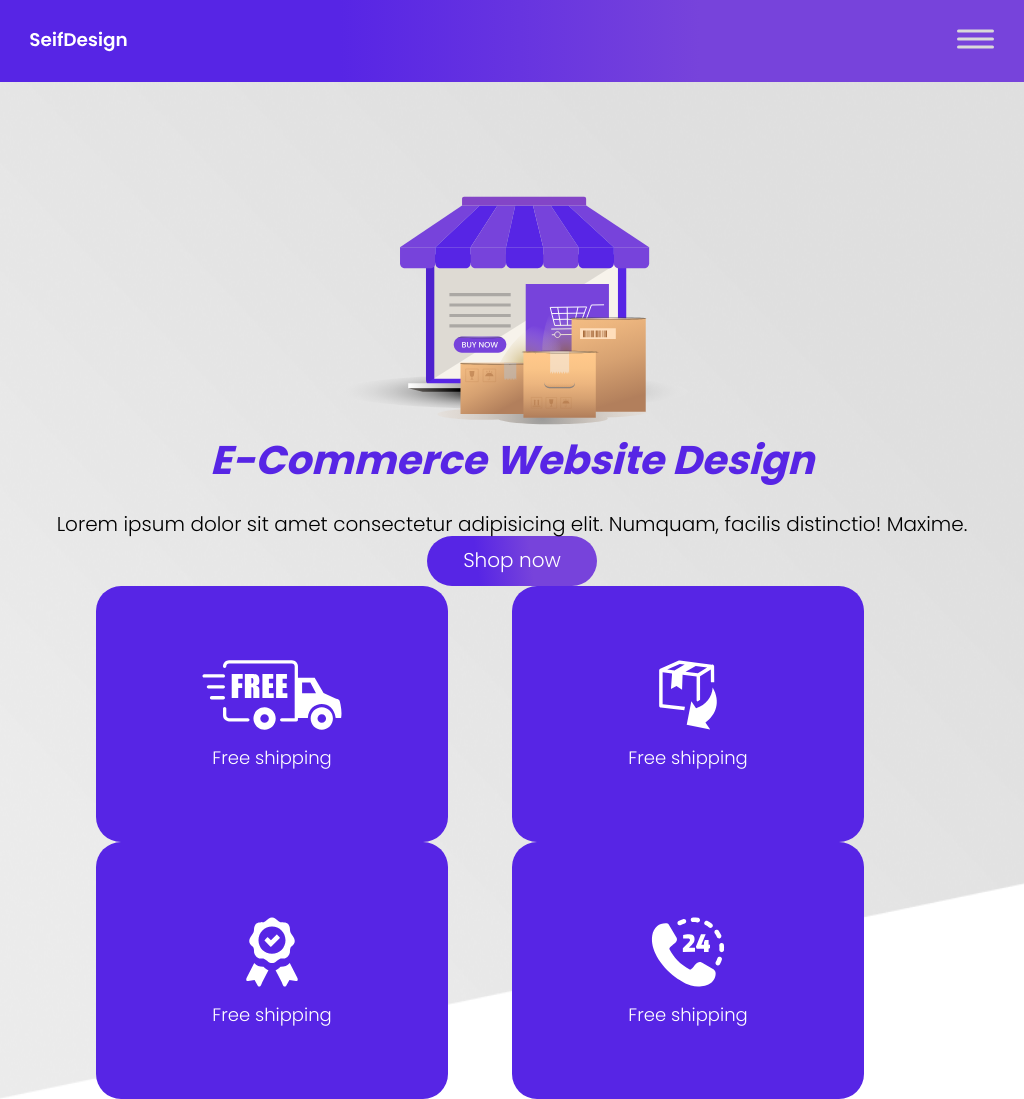
Repository: simralgasimov/newpage
Page: index.html
The author's editor kept a copy of each file at every save. The page is drawn from the files as they stood at one save, then again after a run of saves.
The browser window is 1024 px wide. The pictures show the whole page.
The style sheet was rebuilt from its Sass, Less or Tailwind sources for each picture, by a compiler version that may differ from the author's.

Above is the page before, as saved 2023-12-13 15:17:31.
Not found: index.js

### index.html
<!DOCTYPE html>
<html lang="en">
  <head>
    <meta charset="UTF-8" />
    <meta name="viewport" content="width=device-width, initial-scale=1.0" />
    <title>Document</title>
    <link rel="stylesheet" href="./reset.css" />
    <link rel="stylesheet" href="./index.css" />
  </head>
  <body>
    <div class="container">
      <nav>
        <!-- <div class="logo"> -->
          <img class="logo-img" src=".//image/SeifDesign.svg" alt="" />
        <!-- </div> -->
        <ul>
          <li><a href="#">Product</a></li>
          <li><a href="#">Pricing</a></li>
          <li><a href="#">Contact</a></li>
        </ul>
        <div class="burgerMenu">
          <img src="./image/Frame 1.svg" alt="" />
        </div>
      </nav>
      <div class="box-container">
        <div class="box-1">
          <div class="text-container">
            <h1>E-Commerce Website Design</h1>
            <p>
              Lorem ipsum dolor sit amet consectetur adipisicing elit. Numquam,
              facilis distinctio! Maxime.
            </p>
            <button><a href="#">Shop now</a></button>
          </div>

            <img class="house-img" src=".//image/Group (1).svg" alt="" />

        </div>

          <ul>
            <li>
              <img src="./image/Group (2).svg" alt="" />
              <p>Free shipping</p>
            </li>

            <li>
              <img src="./image/Vector (1).svg" alt="" />
              <p>Free shipping</p>
            </li>
            <li>
              <img src="./image/Group (3).svg" alt="" />
              <p>Free shipping</p>
            </li>
            <li>
              <img src="./image/Vector (2).svg" alt="" />
              <p>Free shipping</p>
            </li>
          </ul>
        </div>

    </div>

  </body>
  <script src="./index.js"></script>
</html>

### index.scss
@import url("https://fonts.googleapis.com/css2?family=Poppins:wght@300;700&display=swap");
* {
  margin: 0;
  padding: 0;
  box-sizing: border-box;
}
.container {
  background-image: url("./image/Rectangle\ 3.png");
  background-repeat: no-repeat;
  background-size: 100% 100%;
  min-height: 100vh;
  width: 100%;
  nav {
    display: flex;
    align-items: center;
    background: linear-gradient(270deg, #7743db 31.64%, #5725e5 66.78%);
    padding: 20px 30px;
    @media screen and (max-width: 1024px) {
      justify-content: space-between;
    }
    .burgerMenu {
      display: none;
      @media screen and (max-width: 1024px) {
        display: block;
      }
    }
    .logo-img {
      width: 139px;
      height: 39px;
      @media screen and (max-width: 1024px) {
        width: 97px;
        height: 27px;
      }
    }

    ul {
        display: flex;
        /* margin-left: 200px; */
      @media screen and (max-width: 1024px) {
        display: none;
      }


      li {
        margin-left: 73px;
        list-style-type: none;
        a {
          text-decoration: none;
          width: 98px;
          height: 30px;
          color: #fff;
          text-align: center;
          font-family: Poppins;
          font-size: 24px;
          font-style: normal;
          font-weight: 300;
          line-height: normal;
        }
      }
    }
  }
}
.box-container {
  .box-1 {
    padding: 98px 164px 43px 83px;
    display: flex;
    justify-content: center;
    @media screen and (max-width: 1024px) {
padding: 0 10px;
padding-top: 100px;
flex-direction: column-reverse;
align-items: center;   }
    .text-container {
      h1 {
        margin-bottom: 32px;
        width: 608px;
        font-family: Poppins;
        font-size: 68px;
        font-style: italic;
        font-weight: 700;
        line-height: 109%; /* 74.12px */
        color: #5725e5;
        @media screen and (max-width: 1024px) {
        font-size: 40px;
        width: 100%;
        text-align: center;
        }

      }
      p {
        width: 608px;
        color: #000;
        font-family: Poppins;
        font-size: 26px;
        font-style: normal;
        font-weight: 300;
        line-height: 109%;
        @media screen and (max-width: 1024px) {
        font-size: 20px;
        width: 100%;
        }
      }
      button {
        border: none;
        margin-top: 32px;
        display: flex;
        width: 170px;
        height: 50px;
        display: flex;
        justify-content: center;
        align-items: center;
        border-radius: 25px;
        background: linear-gradient(263deg, #7743db 38.81%, #5725e5 70.24%);

        @media screen and (max-width: 1024px) {
            width: 170px;
            height: 50px;
            margin: auto;
        }
        a {
          text-decoration: none;
          color: #fff;
          font-family: Poppins;
          font-size: 20px;
          font-style: normal;
          font-weight: 400;
          line-height: 109%; /* 21.8px */
          @media screen and (max-width: 1024px) {
        font-size: 20px;
        }
        }
      }
    }

    .house-img {
      width: 677.61px;
      height: 437.417px;
      @media screen and (max-width: 1024px) {
      width: 352px;
height: 256.511px;}
    }
  }

  ul {
    display: flex;
    justify-content: center;
    flex-wrap: wrap;

    li {
        margin-right: 64px;
      display: flex;
      width: 178px;
      height: 199px;
      padding: 10px;
      flex-direction: column;
      justify-content: center;
      align-items: center;
      gap: 18px;
      border-radius: 25px;
      background: #5725e5;
      @media screen and (max-width: 1024px) {
        width: 352px;
  height: 256.511px;}
      img {
        width: 139.997px;
        height: 70px;
      }
      p {
        color: #fff;
        text-align: center;
        font-family: Poppins;
        font-size: 18px;
        font-style: normal;
        font-weight: 400;
        line-height: 109%; /* 19.62px */
      }
    }
  }
}

Loaded but not shown: reset.css (common file)

After the next 4 saves:
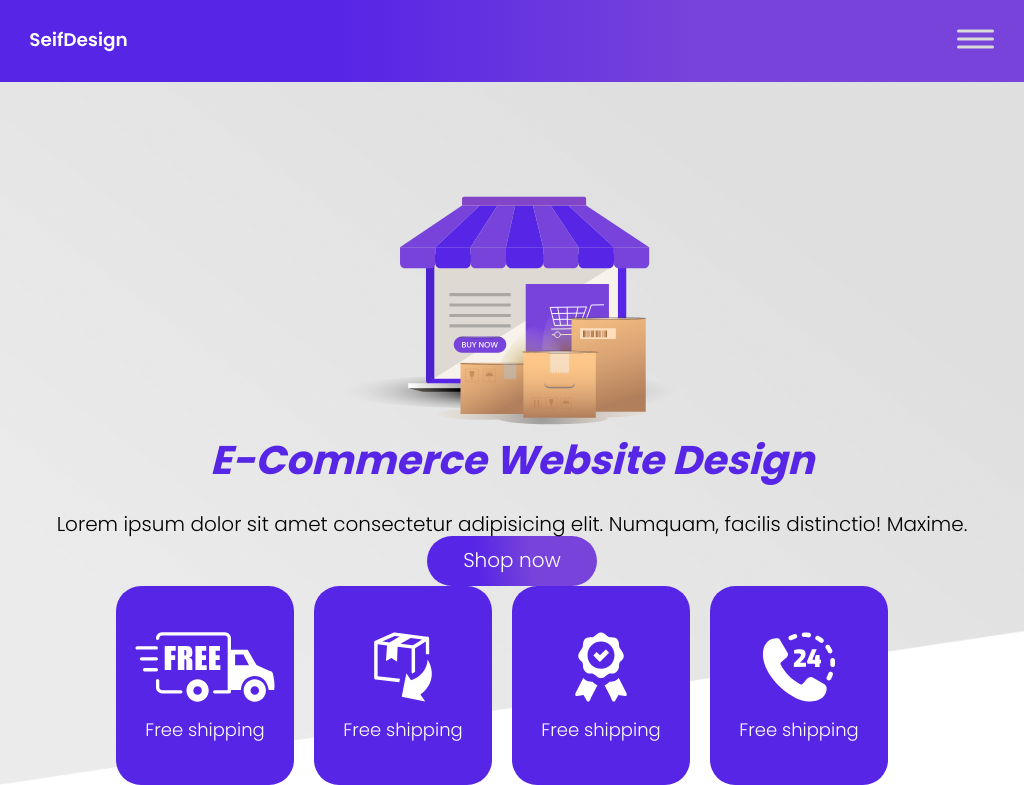
The 4 saves are shown as one change because 1 did not build or start and some came seconds apart.
The last was saved 12 s later.
--- a/index.scss
+++ b/index.scss
@@ -159,8 +159,7 @@ height: 256.511px;}
       border-radius: 25px;
       background: #5725e5;
       @media screen and (max-width: 1024px) {
-        width: 352px;
-  height: 256.511px;}
+      margin-right: 20px}
       img {
         width: 139.997px;
         height: 70px;
